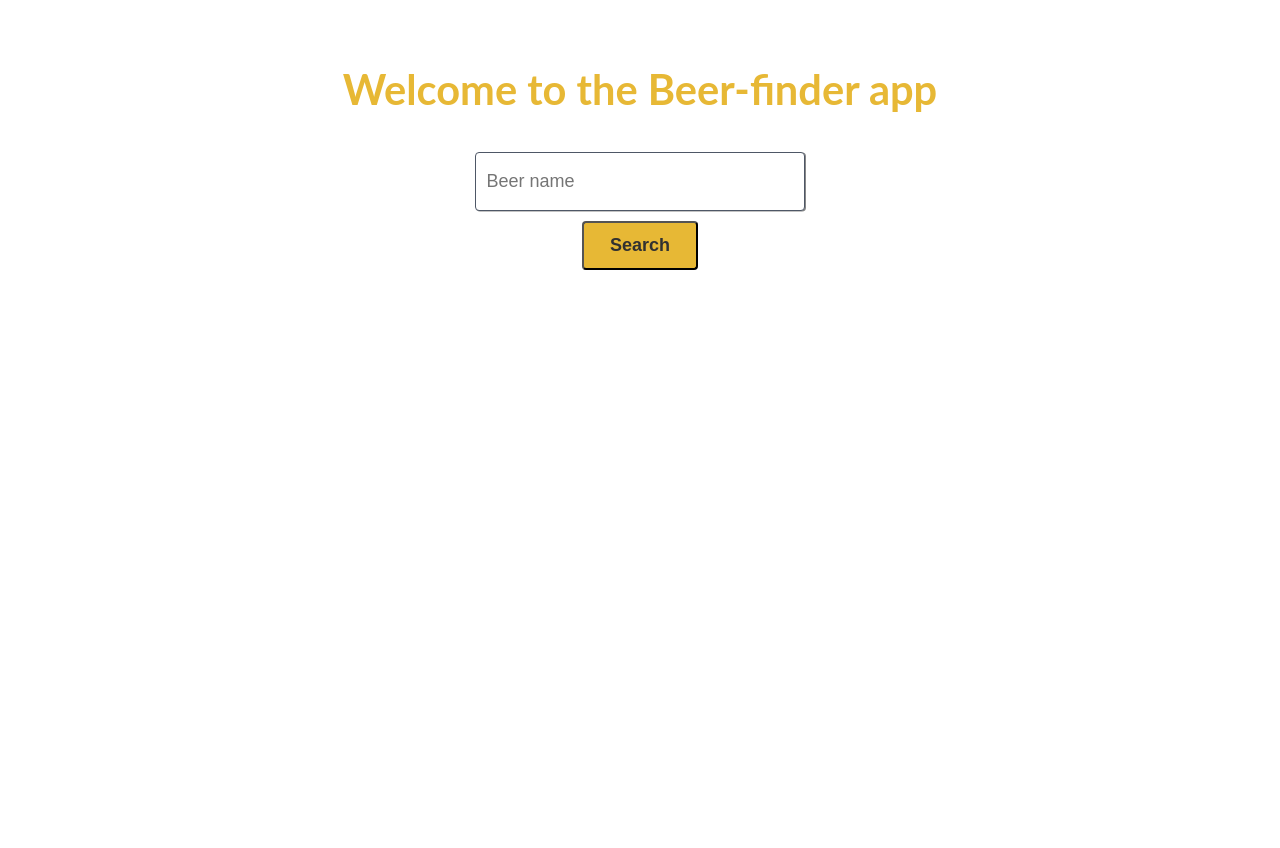
Repository: marcinszymaszek/beer-finder
Page: /
An editor plug-in stored every save of this project. The page is shown before and after the next save, followed by the edit.
The browser window is 1280 px wide. The pictures show the whole page.
The project was rebuilt for these pictures with package versions that can differ from the ones it lists, and the page was loaded fresh each time.

Above is the page before, as saved 2020-05-10 22:01:49.

### public/index.html
<!DOCTYPE html>
<html lang="en">
  <head>
    <meta charset="utf-8" />
    <link rel="icon" href="%PUBLIC_URL%/favicon.ico" />
    <meta name="viewport" content="width=device-width, initial-scale=1" />
    <meta name="theme-color" content="#000000" />
    <meta
      name="description"
      content="Web site created using create-react-app"
    />
    <link rel="apple-touch-icon" href="%PUBLIC_URL%/logo192.png" />
    <!--
      manifest.json provides metadata used when your web app is installed on a
      user's mobile device or desktop. See https://developers.google.com/web/fundamentals/web-app-manifest/
    -->
    <link rel="manifest" href="%PUBLIC_URL%/manifest.json" />
    <!--
      Notice the use of %PUBLIC_URL% in the tags above.
      It will be replaced with the URL of the `public` folder during the build.
      Only files inside the `public` folder can be referenced from the HTML.

      Unlike "/favicon.ico" or "favicon.ico", "%PUBLIC_URL%/favicon.ico" will
      work correctly both with client-side routing and a non-root public URL.
      Learn how to configure a non-root public URL by running `npm run build`.
    -->
    <title>Beer-finder App</title>
  </head>
  <body>
    <noscript>You need to enable JavaScript to run this app.</noscript>
    <div id="root"></div>
    <!--
      This HTML file is a template.
      If you open it directly in the browser, you will see an empty page.

      You can add webfonts, meta tags, or analytics to this file.
      The build step will place the bundled scripts into the <body> tag.

      To begin the development, run `npm start` or `yarn start`.
      To create a production bundle, use `npm run build` or `yarn build`.
    -->
  </body>
</html>

### src/index.js
import React from 'react';
import ReactDOM from 'react-dom';
import './index.css';
import App from './components/main/App';
import * as serviceWorker from './serviceWorker';

ReactDOM.render(
  <React.StrictMode>
    <App />
  </React.StrictMode>,
  document.getElementById('root')
);

// If you want your app to work offline and load faster, you can change
// unregister() to register() below. Note this comes with some pitfalls.
// Learn more about service workers: https://bit.ly/CRA-PWA
serviceWorker.unregister();

### src/components/main/App.js
import React, { useState, useEffect } from 'react';
import './App.css';
import Search from '../search/Search'


const App = () => {

  return (
    <div className="main-container">
      <h1 className="app-title">Welcome to the Beer-finder app</h1>
      <Search />


    </div>
  );
}

export default App;

### src/components/main/App.css
.main-container {
  font-family: Lato, sans-serif;
  font-size: 1.5em;
  height: 100vh;
  line-height: 20px;
  font-size: 1.3rem;
  text-align: center;
  margin: 5% 20%;
  color: #e7b835;
}

.app-title{
  line-height: normal;
}

@media (max-width: 790px)  {
  .main-container  {
    font-size: 1.2em;
  }
}

@media (max-width: 580px)  {
  .main-container  {
    height: auto;
    margin-bottom: 20%;
    margin-left: 15%;
    margin-right: 15%;
  }
}

### src/components/search/Search.js
import React, { useState, useEffect } from 'react';
import './Search.css';
import axios from 'axios';

const Search = () => {

    const [searchValue, setSearchValue] = useState('');

    const handleOnChange = event => {
        setSearchValue(event.target.value);
    };

    const makeApiCall = searchInput => {

        let searchUrl = `https://api.punkapi.com/v2/beers?beer_name=${searchInput}`;

        axios(searchUrl).then(response => {
            return response.json();
        })
            .then(jsonData => {
                console.log(jsonData);
            })
            .catch(error => console.log(error));

    };

const handleSearch = () => {

};

return (
    <div className="inline-container">
        <div className="input-container">
            <input
                name="text"
                type="text"
                placeholder="Beer name"
                onChange={event => handleOnChange(event)}
                value={searchValue}
            />
        </div>
        <button onClick={handleSearch}>Search</button>
    </div>
)
}

export default Search;

### src/components/search/Search.css
.inline-container {
    display: flex;
    flex-flow: wrap;
    align-content: center;
    align-items: stretch;
    justify-content: space-around;
}

input {
    width: 40%;
    margin: 10px;
    padding: 18px 10px;
    border-radius: 4px;
    border: 1px solid #4e5766;
    box-shadow: 1px 0.5px #888888;
    font-size: 18px;
}

.input-container{
    width: 100%;
}

    button {
        padding: 12px 10px;
        width: 15%;
        border-radius: 4px;
        background-color: #e7b835;
        color: #313131;
        cursor: pointer;
        font-size: 18px;
        font-weight: 600;
    }

    button:hover {
        background-color: #e7bf50;
    }


@media (max-width: 790px)  {

    button {
        width: 40%;
    }

    input {
        width: 80%;
    }

    .inline-container {
        justify-content: space-evenly;
    }
}

@media (max-width: 580px)  {
    input {
        width: 100%;
        margin: 20px 0px;
        padding: 18px 10px;
    }

    button {
        width: 100%;
    }
  }

Loaded but not shown: src/index.css (common file); src/serviceWorker.js (common file)

After the next save:
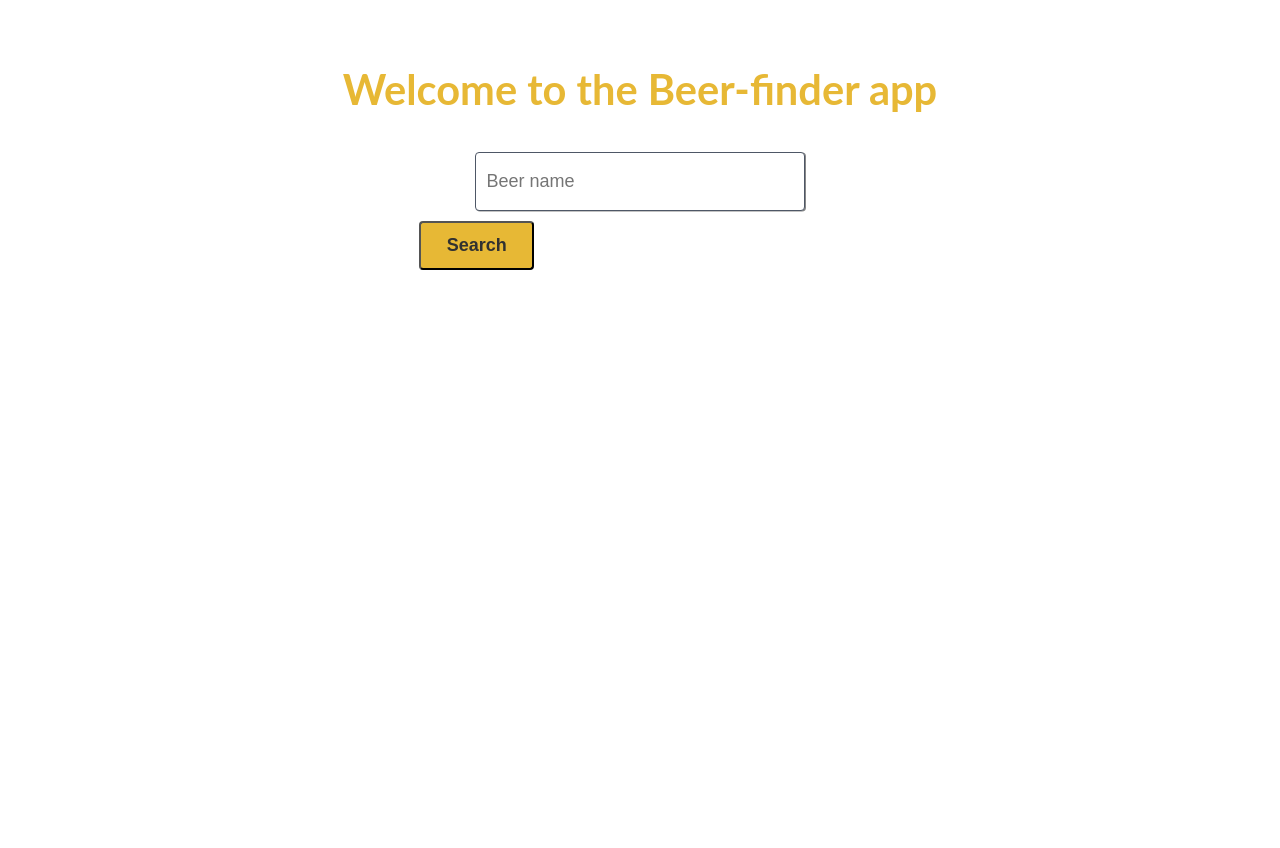
Saved 23 min 55 s later.
--- a/src/components/search/Search.js
+++ b/src/components/search/Search.js
@@ -5,6 +5,7 @@
 const Search = () => {
 
     const [searchValue, setSearchValue] = useState('');
+    const [beers, setBeers] = useState([]);
 
     const handleOnChange = event => {
         setSearchValue(event.target.value);
@@ -18,30 +19,42 @@
             return response.json();
         })
             .then(jsonData => {
-                console.log(jsonData);
+                setBeers(jsonData);
             })
             .catch(error => console.log(error));
-
     };
 
-const handleSearch = () => {
+    const handleSearch = () => {
+        makeApiCall(searchValue);
+    };
 
-};
+    return (
+        <div className="inline-container">
+            <div className="input-container">
+                <input
+                    name="text"
+                    type="text"
+                    placeholder="Beer name"
+                    onChange={event => handleOnChange(event)}
+                    value={searchValue}
+                />
+            </div>
+            <button onClick={handleSearch}>Search</button>
 
-return (
-    <div className="inline-container">
-        <div className="input-container">
-            <input
-                name="text"
-                type="text"
-                placeholder="Beer name"
-                onChange={event => handleOnChange(event)}
-                value={searchValue}
-            />
+            {beers ?
+                (<div>
+                    {beers.map((beer, index) => (
+                        <div key={index}>
+                            <h1>{beer.name}</h1>
+                            <img src={beer.image_url} alt="beer-thumbnail" />
+                        </div>))}
+                </div>)
+                : (<p>Not found such beer, find another one..</p>)
+            }
+
+
         </div>
-        <button onClick={handleSearch}>Search</button>
-    </div>
-)
+    )
 }
 
 export default Search;

After the 3 saves that followed:
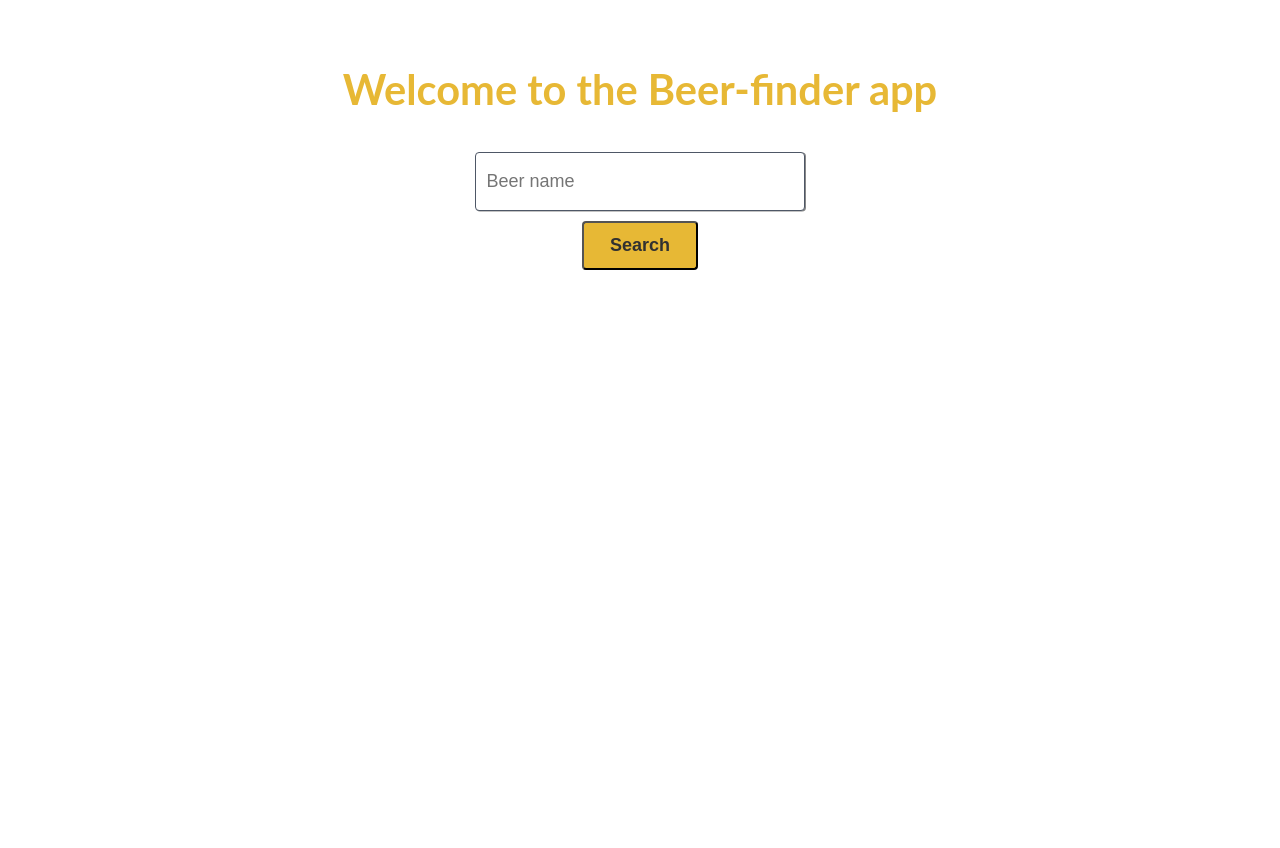
The 3 saves are shown as one change because 2 left the picture as it was.
The last was saved 3 min 51 s later.
--- a/src/components/search/Search.js
+++ b/src/components/search/Search.js
@@ -51,8 +51,6 @@
                 </div>)
                 : (<p>Not found such beer, find another one..</p>)
             }
-
-
         </div>
     )
 }
--- a/src/components/search/Search.css
+++ b/src/components/search/Search.css
@@ -1,5 +1,4 @@
 .inline-container {
-    display: flex;
     flex-flow: wrap;
     align-content: center;
     align-items: stretch;
@@ -16,7 +15,7 @@ input {
     font-size: 18px;
 }
 
-.input-container{
+.input-container {
     width: 100%;
 }
 
